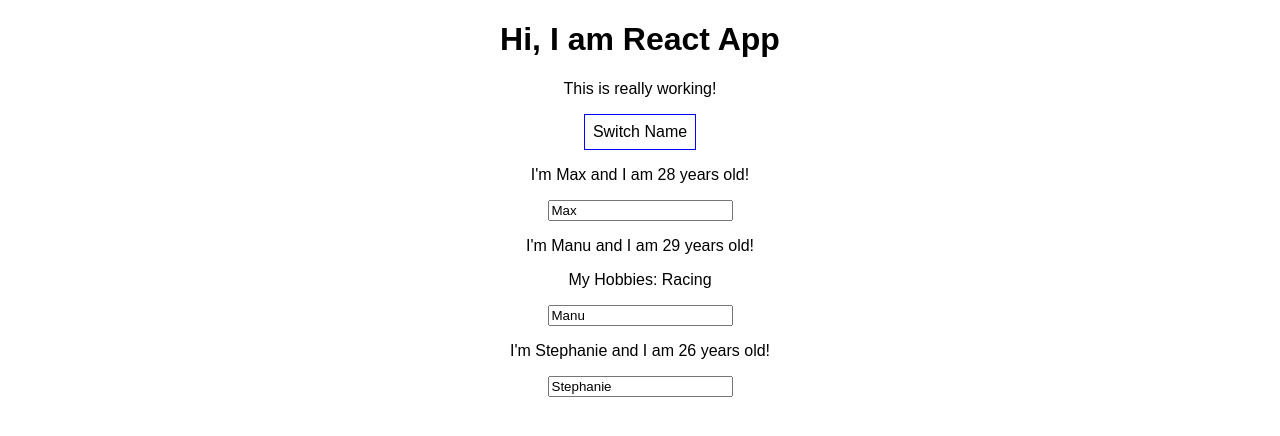
Repository: AbdulMutaal/React-Complete-Guide
Page: /
An editor plug-in stored every save of this project. The page is shown before and after the next save, followed by the edit.
The browser window is 1280 px wide. The pictures show the whole page.
The project was rebuilt for these pictures with package versions that can differ from the ones it lists, and the page was loaded fresh each time.

Above is the page before, as saved 2021-11-28 18:12:20.

### src/App.js
import React, { Component } from 'react';
import './App.css';
import Person from './Person/Person';

class App extends Component {
  state = {
    persons: [
      {name: 'Max', age: 28},
      {name: 'Manu', age: 29},
      {name: 'Stephanie', age: 26}
    ],
    othersState: 'some other value'
  }

  switchNameHandler = () => {
    this.setState( {
      persons: [
        {name: 'Maximilian', age: 28},
        {name: 'Manu', age: 29},
        {name: 'Stephanie', age: 27}
      ]
    });
  };

  nameChangedHandler = (event) => {
    this.setState( {
      persons: [
        { name: 'Max', age: 28},
        { name: event.target.value, age: 29},
        { name: 'Stephanie', age: 26 }
      ]
    } )
  }

  render () {
    const style = {
      backgroundColor: 'white',
      font: 'inherit',
      border: '1px solid blue',
      padding: '8px',
      cursor: 'pointer'
    };

    return (
      <div className="App">
        <h1>Hi, I am React App</h1>
        <p>This is really working!</p>
        <button
          style={style}
          onClick={() => this.switchNameHandler('Maximilian!!')}>
            Switch Name
          </button>
        <Person
          name={this.state.persons[0].name}
          age={this.state.persons[0].age}
          />
        <Person
          name={this.state.persons[1].name}
          age={this.state.persons[1].age}
          click={this.switchNameHandler.bind(this, 'Max!')}
          changed={this.nameChangedHandler}>My Hobbies: Racing</Person>
        <Person
          name={this.state.persons[2].name}
          age={this.state.persons[2].age}
          />
      </div>
    );
  }
}

export default App;

### src/Person/Person.js
import React from 'react';

const Person = props => {
    return(
        <div>
            <p onClick={props.click}>I'm {props.name} and I am {props.age} years old!</p>
            <p>{props.children}</p>
            <input type='text' onChange={props.changed} value={props.name} />
        </div>
    );
}

export default Person;

Loaded but not shown: public/index.html (common file); src/index.js (common file); src/index.css (common file); src/registerServiceWorker.js (common file); src/App.css (common file)

After the next save:
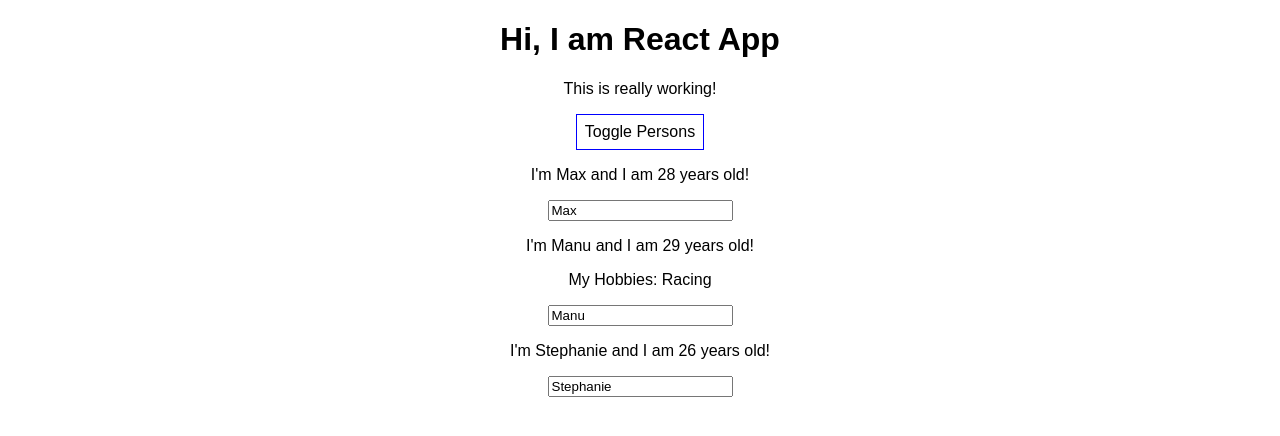
Saved 19 min 14 s later.
--- a/src/App.js
+++ b/src/App.js
@@ -9,7 +9,8 @@ class App extends Component {
       {name: 'Manu', age: 29},
       {name: 'Stephanie', age: 26}
     ],
-    othersState: 'some other value'
+    othersState: 'some other value',
+    personsState: false
   }
 
   switchNameHandler = () => {
@@ -32,6 +33,11 @@ class App extends Component {
     } )
   }
 
+  togglePersons = () => {
+    let tempPersonsState = this.state.personsState;
+    this.setSttate({personsState: !tempPersonsState});
+  }
+
   render () {
     const style = {
       backgroundColor: 'white',
@@ -47,8 +53,8 @@ class App extends Component {
         <p>This is really working!</p>
         <button
           style={style}
-          onClick={() => this.switchNameHandler('Maximilian!!')}>
-            Switch Name
+          onClick={this.togglePersons}>
+            Toggle Persons
           </button>
         <Person
           name={this.state.persons[0].name}
